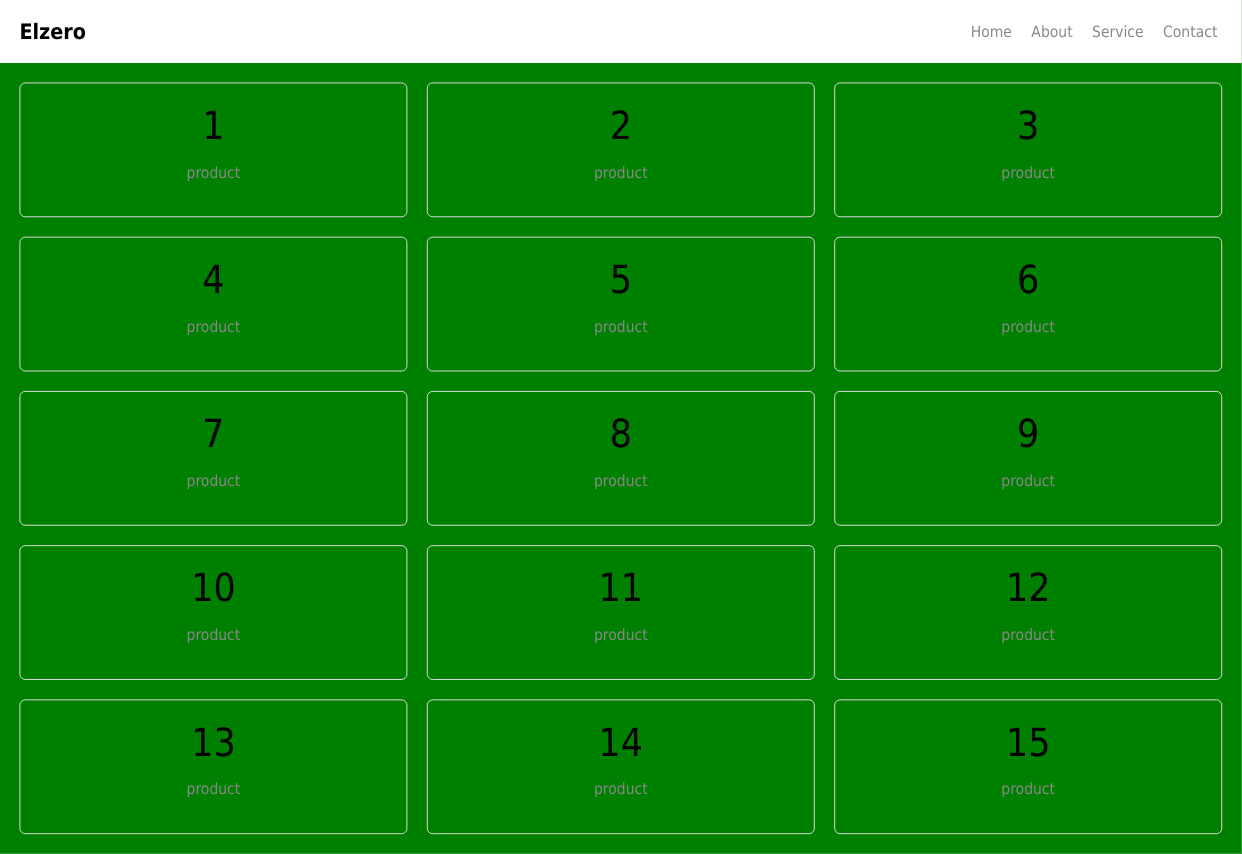
Repository: OmniaRafat232111121/challangeDom
Page: index.html
An editor plug-in stored every save of this project. The page is shown before and after a run of saves, followed by the edit.
The browser window is 1280 px wide. The pictures show the whole page, at 97% of full size.

Above is the page before, as saved 2022-10-26 11:44:23.
Console error: ReferenceError: footer is not defined

After the next 2 saves:
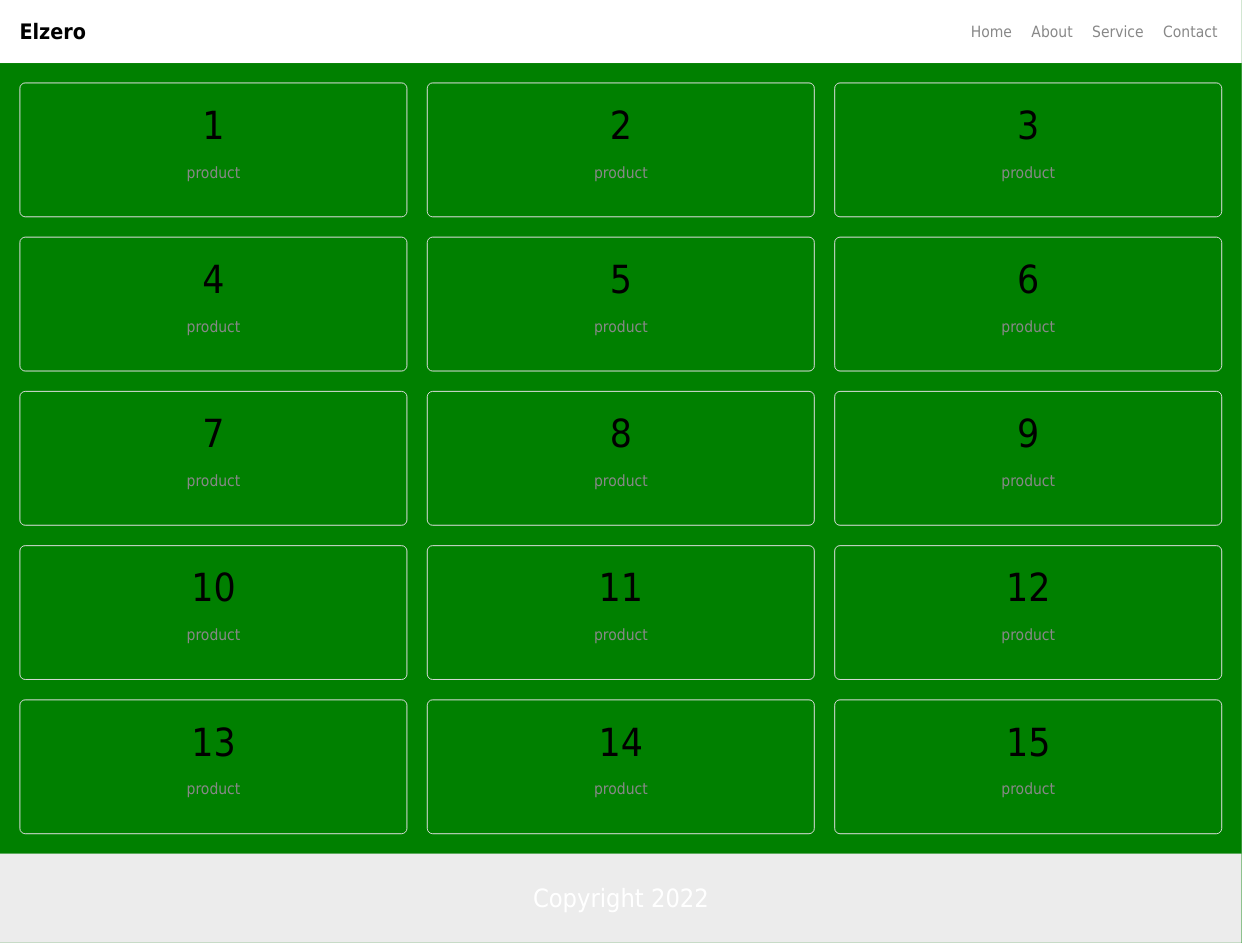
The error is gone.
The 2 saves are shown as one change because they came seconds apart.
The last was saved 52 s later.
--- a/main.js
+++ b/main.js
@@ -62,6 +62,12 @@ for (let i = 1; i <= 15; i++) {
     productDiv.appendChild(tempP2)
 }
 
+let footer = document.createElement("footer")
+footer.style.cssText = "background-color: # 23a96e; font-size: 26px; text-align: center; padding: 5px; color: white;"
+let footerP = document.createElement("p")
+let footerPText = document.createTextNode("Copyright 2022")
+footerP.appendChild(footerPText)
+footer.appendChild(footerP)
 document.body.appendChild(header)
 document.body.appendChild(content)
 document.body.appendChild(footer)
